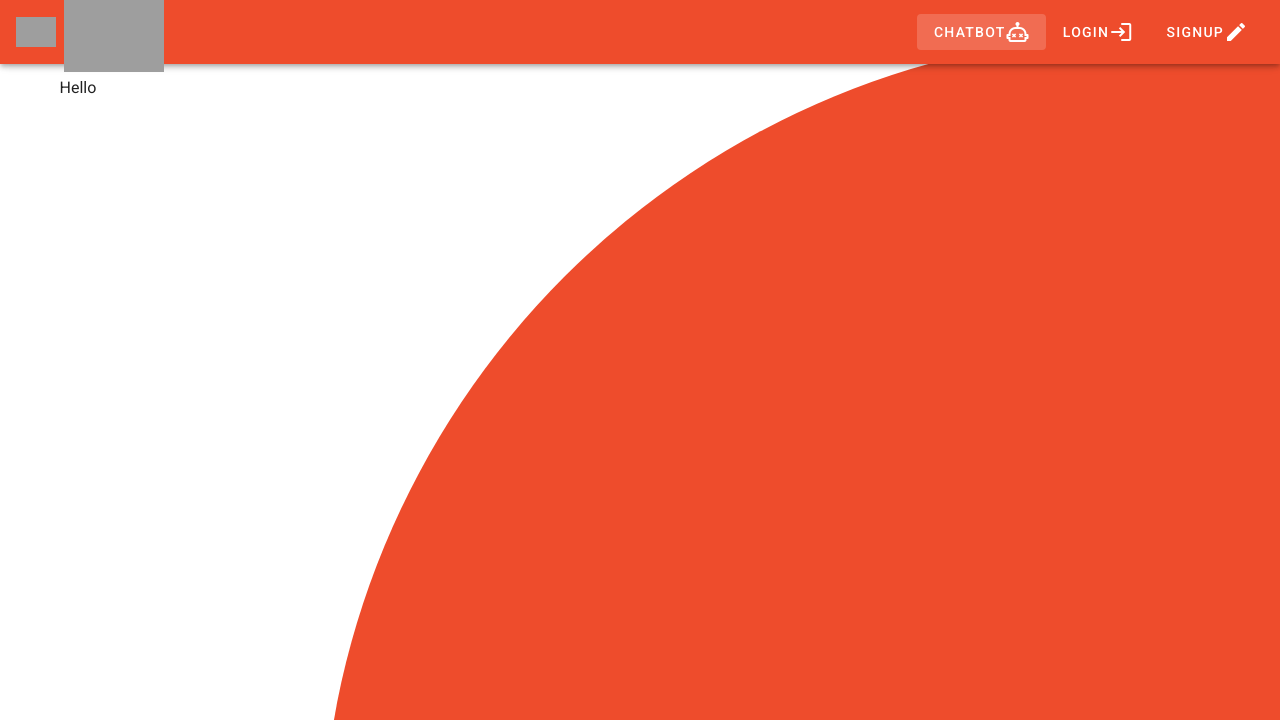
Repository: atout811/pyTorch-Hackathon
Page: /chatbot (app in frontend/)
An editor plug-in stored every save of this project. The page is shown before and after the next save, followed by the edit.
The browser window is 1280 px wide. The pictures show the whole page.
Pictures or frames that could not be fetched are drawn as grey boxes. The project was rebuilt for these pictures with package versions that can differ from the ones it lists, and the page was loaded fresh each time. Also part of the build but not shown: frontend/vue.config.js, frontend/src/views/Home.vue.

Above is the page before, as saved 2021-10-21 14:41:06.

After the next save:
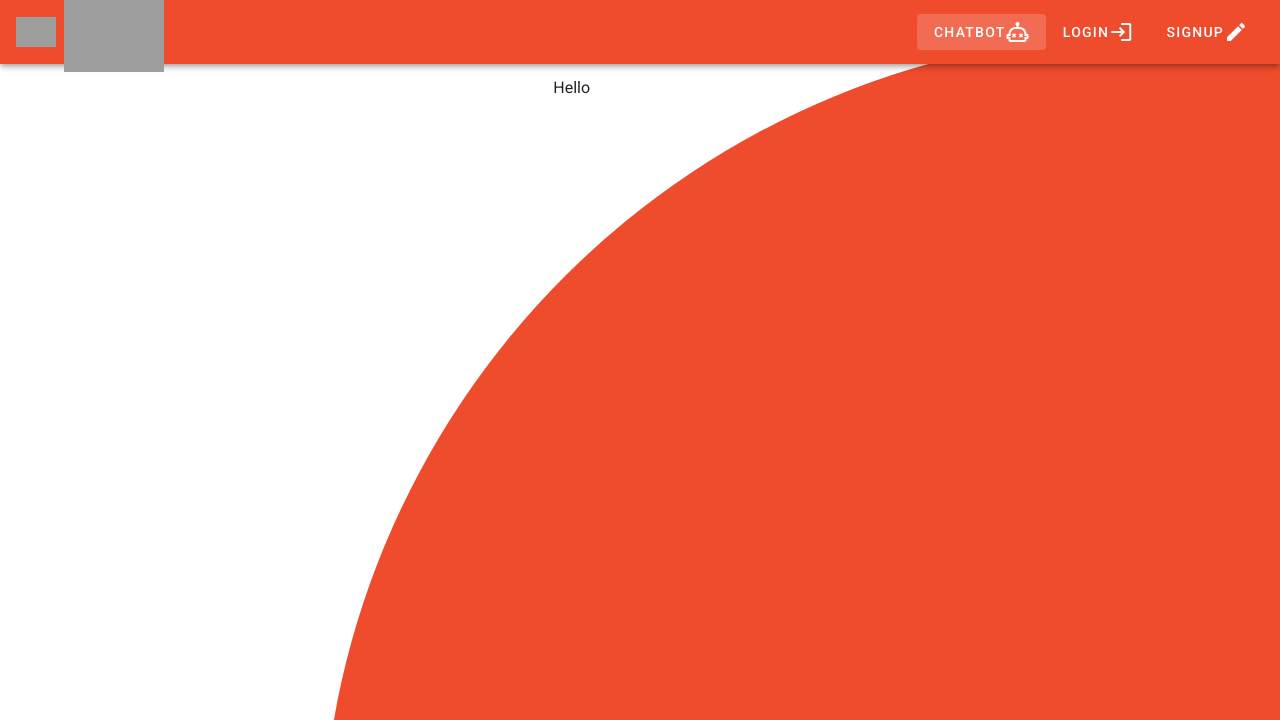
Saved 40 s later.
--- a/frontend/src/views/Chatbot.vue
+++ b/frontend/src/views/Chatbot.vue
@@ -1,7 +1,7 @@
 <template>
   <v-container>
     <v-row justify="end">
-      <v-col align-self="end">Hello</v-col>
+      <v-col offset-sm="5">Hello</v-col>
     </v-row>
   </v-container>
 </template>
